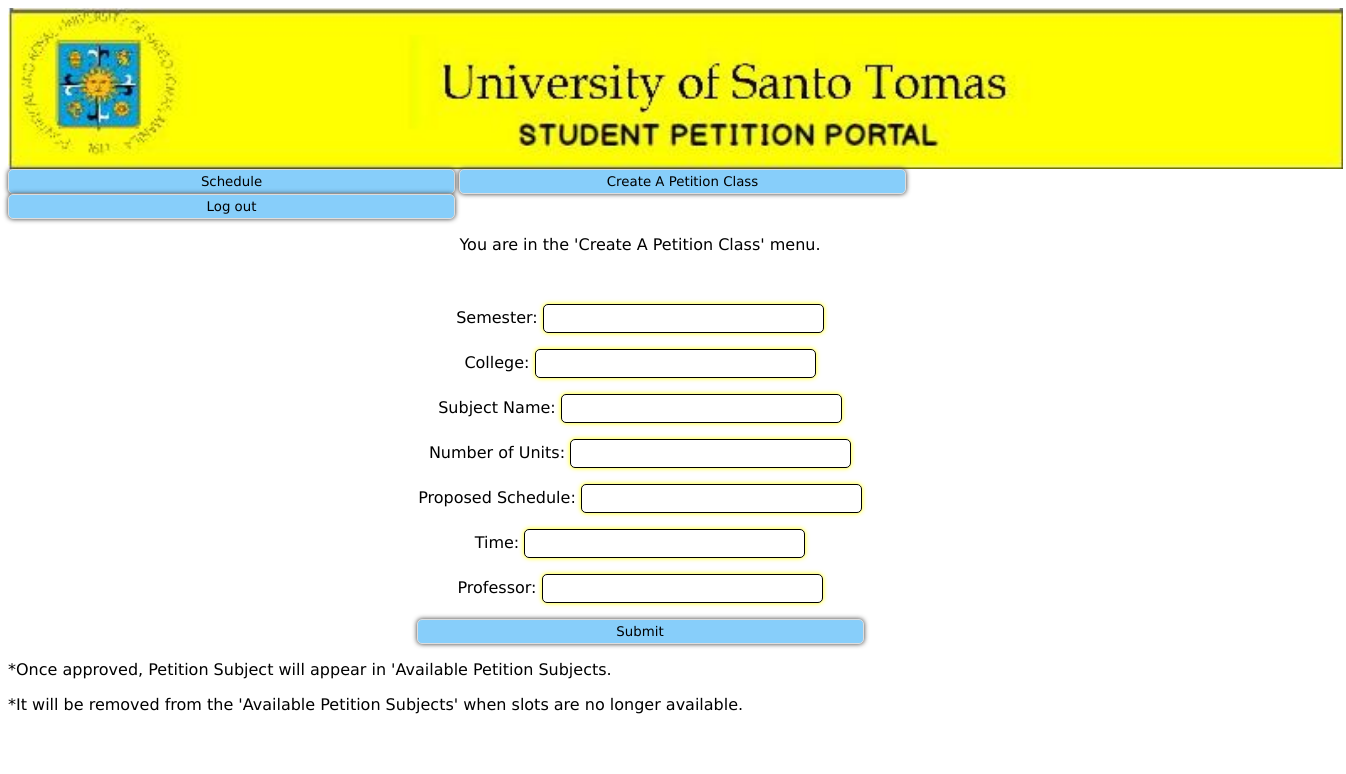
Repository: mawewatistel/PetitioningSystem
Page: http://localhost/SibuloTolentino/create.jsp
An editor plug-in stored every save of this project. The page is shown before and after the next save, followed by the edit.
The browser window is 1280 px wide. The page is 1343 px wide, then 1346 px, so the pictures cover 1346 px, including what lies to the right of the window. The pictures show the whole page.
The page is served by Tomcat 9.

Above is the page before, as saved 2016-05-10 04:24:34.

### SibuloTolentino/WebContent/create.jsp
<%@ page language="java" contentType="text/html; charset=ISO-8859-1"
    pageEncoding="ISO-8859-1"%>
<!DOCTYPE html PUBLIC "-//W3C//DTD HTML 4.01 Transitional//EN" "http://www.w3.org/TR/html4/loose.dtd">
<html>
<head>
<meta http-equiv="Content-Type" content="text/html; charset=ISO-8859-1">
<title>Petition class</title>
</head>
<body>
<form action ="petitionclasssubmit.jsp" method = "post">
<img src ="Images/ust.JPG" alt = "Missing Image!=" width = 1335 height= ><br>
<form><input type="submit" name="one" value="Schedule"/>
	<input type="submit" name="two"
			value="Create A Petition Class" >
<input type="submit"  name="three"value="Log out"></form>
<% if (request.getParameter("one") != null) {
    response.sendRedirect("home.jsp");
}
else if (request.getParameter("two") != null) {
    response.sendRedirect("create.jsp");
}
else if (request.getParameter("three") != null) {
    response.sendRedirect("index.jsp");
}
else if (request.getParameter("four") != null) {
    response.sendRedirect("petitionclasssubmit.jsp");
} %>

<center><p>You are in the 'Create A Petition Class' menu.</p></center></br>
<center><p>Semester: <input type="text" name="sem"/></p></center>
<center><p>College: <input type="text" name="college"/></p></center>
<center><p>Subject Name: <input type="text" name="subname"/></p></center>
<center><p>Number of Units: <input type="text" name="units"/></p></center>
<center><p>Proposed Schedule: <input type="text" name="propsched"/></p></center>
<center><p>Time: <input type="text" name="time"/></p></center>
<center><p>Professor: <input type="text" name="prof"/></p></center>
<center><form><input type="submit" name="four" value="Submit"/></center></form>
<p>*Once approved, Petition Subject will appear in 'Available Petition Subjects.</p>
<p>*It will be removed from the 'Available Petition Subjects' when slots are no longer available.</p><br><br>
<style>
h1 {
	font-family: consolas;
	font-size: 300%;
	color: blue;
}

h2 {
	font-family: calibri;
}

input[type="submit"] {
	background: #87CEFA;
	border: 1px double #DDD;
	border-radius: 5px;
	box-shadow: 0 0 5px #333;
	color:;
	outline: none;
	height: 25px;
	width: 447px;
	font-family: "verdana";
	font-color: black;
}

p {
	font-family: "verdana";
}

input[type="text"] {
	background: white;
	border: 1px double black;
	border-radius: 5px;
	box-shadow: 0 0 5px yellow;
	color: black;
	outline: center;
	height: 25px;
	width: 275px;
	font-family: "verdana";
}
</style>
</body>
</html>

After the next save:
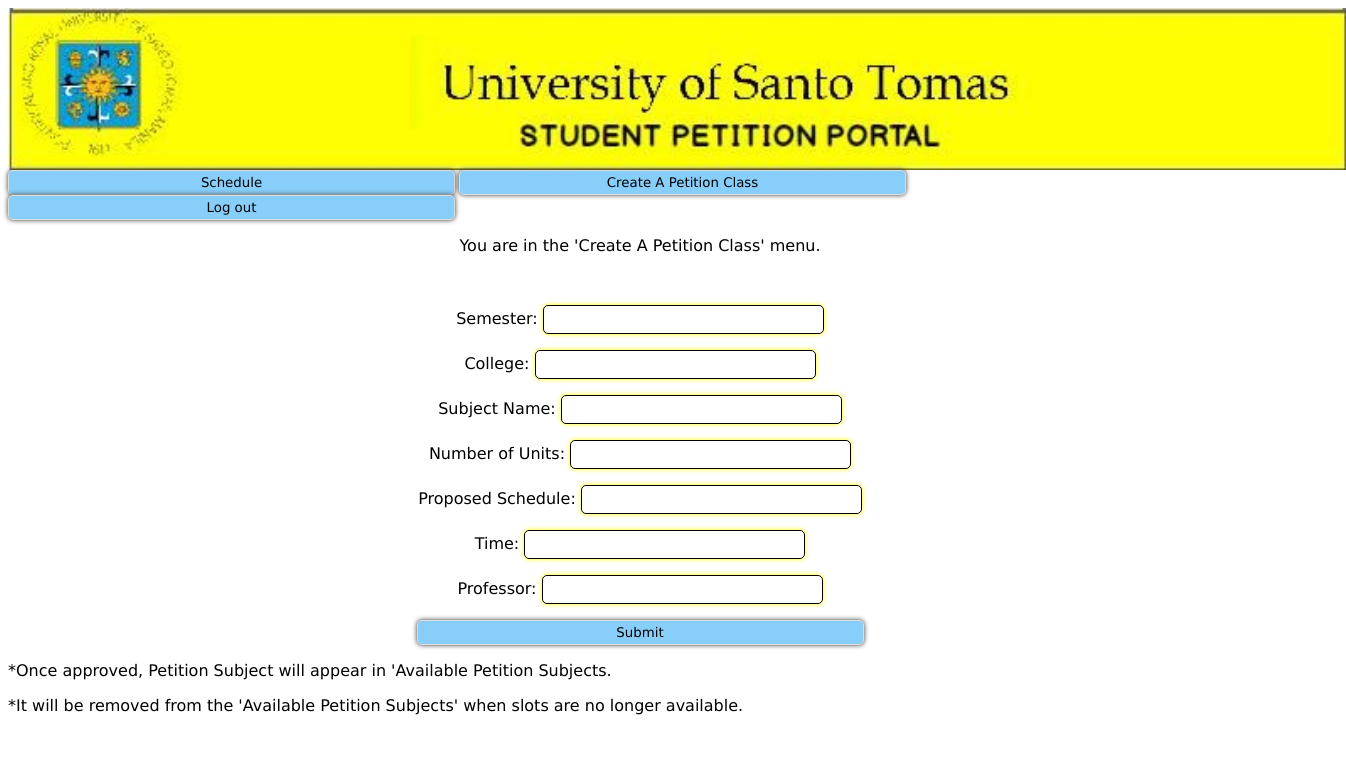
Saved 14 s later.
--- a/SibuloTolentino/WebContent/create.jsp
+++ b/SibuloTolentino/WebContent/create.jsp
@@ -8,7 +8,7 @@
 </head>
 <body>
 <form action ="petitionclasssubmit.jsp" method = "post">
-<img src ="Images/ust.JPG" alt = "Missing Image!=" width = 1335 height= ><br>
+<img src ="Images/ust.JPG" alt = "Missing Image!=" width = 1338 height= ><br>
 <form><input type="submit" name="one" value="Schedule"/>
 	<input type="submit" name="two"
 			value="Create A Petition Class" >
